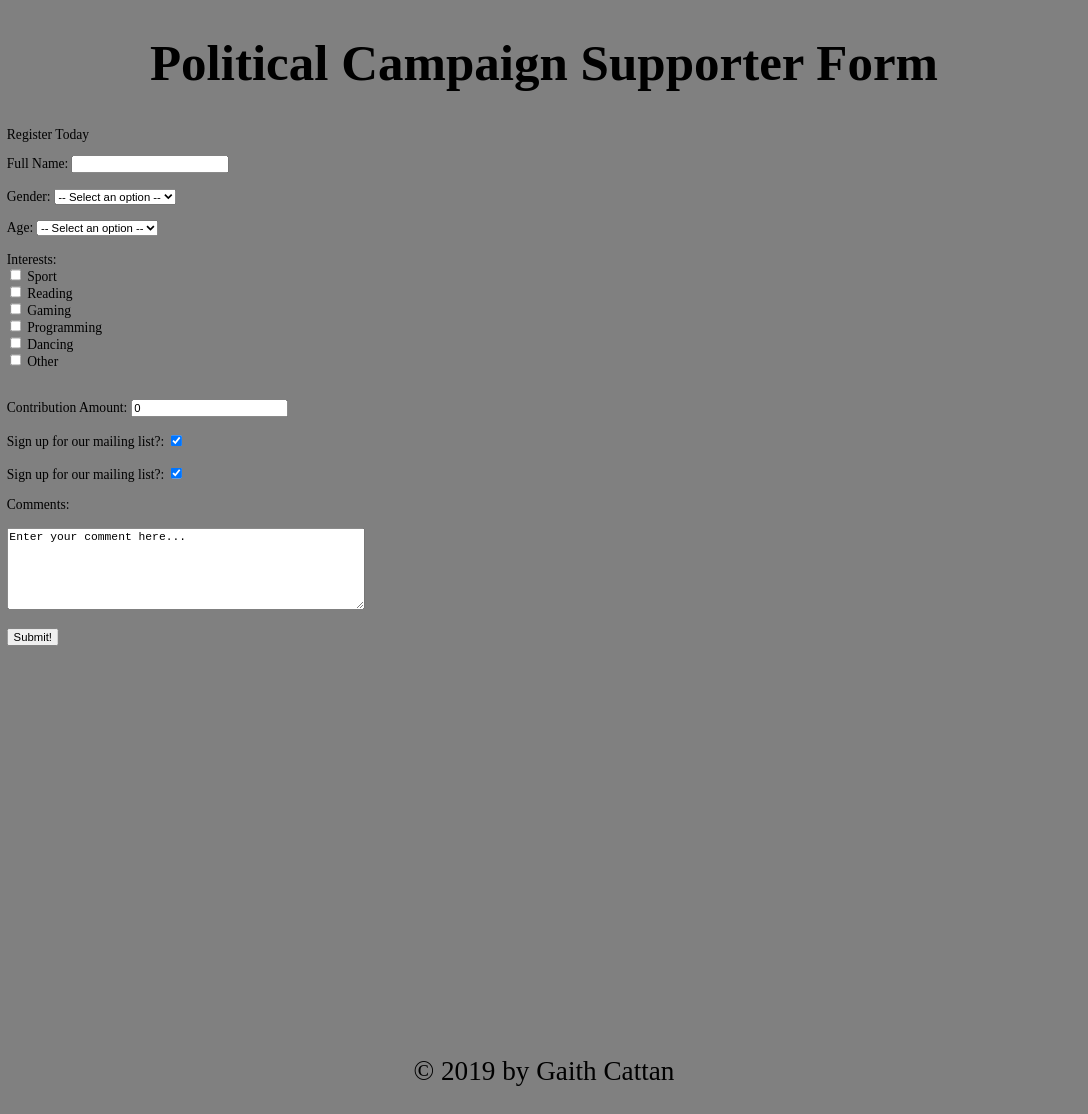
Repository: GaithCattan/COSW30
Page: labwork/lab2/contact.html
The author's editor kept a record of every edit. The page is drawn from the files as they stood at one moment, then again after the next edit.
The browser window is 1280 px wide. The pictures show the whole page, at 85% of full size.

Above is the page before.

### labwork/lab2/contact.html

<!doctype html>
<html>
    <head>
         <meta charset="utf-8">
         <title>Political Campaign Supporter Form</title>
        <style>
          body {background-color: grey;}
          h1 {text-align: center; font-size: 60px; margin-top: 40px;}
          footer {font-size: 2em; color: black; text-align: center; margin-top: 38%;}
        </style>

    </head>
    <body>

        <h1>Political Campaign Supporter Form</h1>
        <p>Register Today</p>

         <form action="process_Political Campaign.php" method="POST">

             <lable for="name">Full Name: </lable>
             <input type="text" id="name" name="name" required>
             <br><br>

             <lable for="gender">Gender:
                 <select name:"gender" value="" required>
                     <option disabled selected value> -- Select an option -- </option>
                     <option value="male">Male</option>
                     <option value="female">Female</option>
                     <option value="other">Other</option>
                     <option value="not_to_say">Prefer Not to Say</option>
                 </select>
             </lable>
             <br><br>

             <lable for="age_range">Age:
                 <select name:"age_range" required>
                     <option disabled selected value> -- Select an option -- </option>
                     <option value="21-29">Between 21-29</option>
                     <option value="30-49">Between 30-49</option>
                     <option value="50-69">Between 50-69</option>
                     <option value="70-200">Over 70</option>
                 </select>
             </lable>
             <br><br>

             <lable for="interests">Interests: </lable><br>
             <input type="checkbox" name="interests1" value="sport"> Sport<br>
             <input type="checkbox" name="interests2" value="reading"> Reading<br>
             <input type="checkbox" name="interests3" value="gaming"> Gaming<br>
             <input type="checkbox" name="interests4" value="programming"> Programming<br>
             <input type="checkbox" name="interests5" value="dancing"> Dancing<br>
             <input type="checkbox" name="interests6" value="other"> Other<br>
             <br><br>

             <lable for="contribution_amount">Contribution Amount: </lable>
             <input type="text" id="contribution_amount" name="contribution_amount" value="0">
             <br><br>

             <lable for="mailing_list">Sign up for our mailing list?: </lable>
             <input type="checkbox" name="mailing_list" value="mailing_list" checked>
             <br><br>

             <lable for="mailing_list">Sign up for our mailing list?: </lable>
             <input type="checkbox" name="mailing_list" value="mailing_list" checked>
             <br><br>

             <lable for="comments">Comments: </lable><br><br>
             <textarea rows="6" cols="50" name="comment">Enter your comment here...</textarea>
             <br><br>


             <button>Submit!</button>


         </form>

    </body>

    <footer>
        <p>&copy; 2019 by Gaith Cattan</p>
    </footer>

</html>

After the next edit:
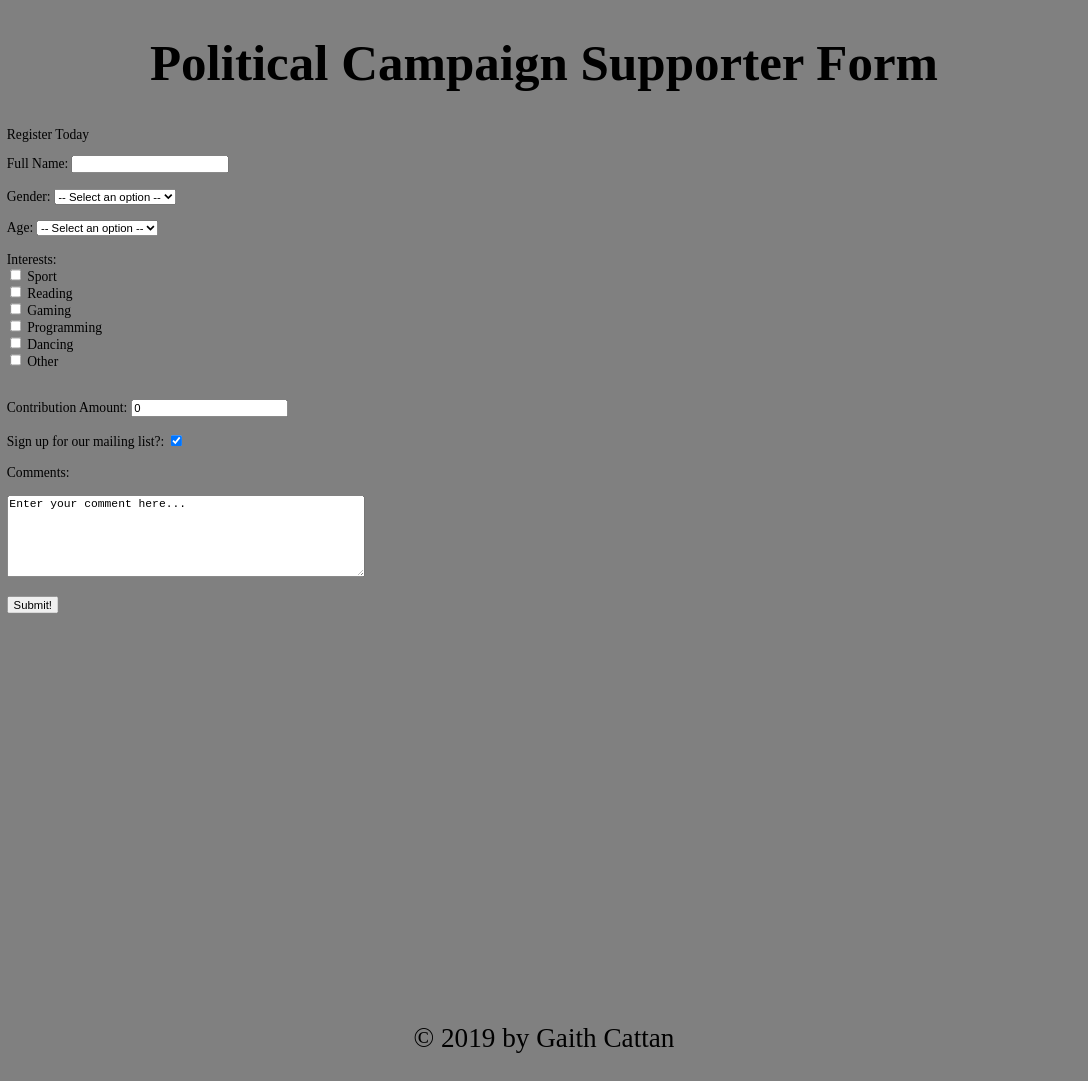
The edit:
--- a/labwork/lab2/contact.html
+++ b/labwork/lab2/contact.html
@@ -61,10 +61,6 @@
              <input type="checkbox" name="mailing_list" value="mailing_list" checked>
              <br><br>
 
-             <lable for="mailing_list">Sign up for our mailing list?: </lable>
-             <input type="checkbox" name="mailing_list" value="mailing_list" checked>
-             <br><br>
-
              <lable for="comments">Comments: </lable><br><br>
              <textarea rows="6" cols="50" name="comment">Enter your comment here...</textarea>
              <br><br>
